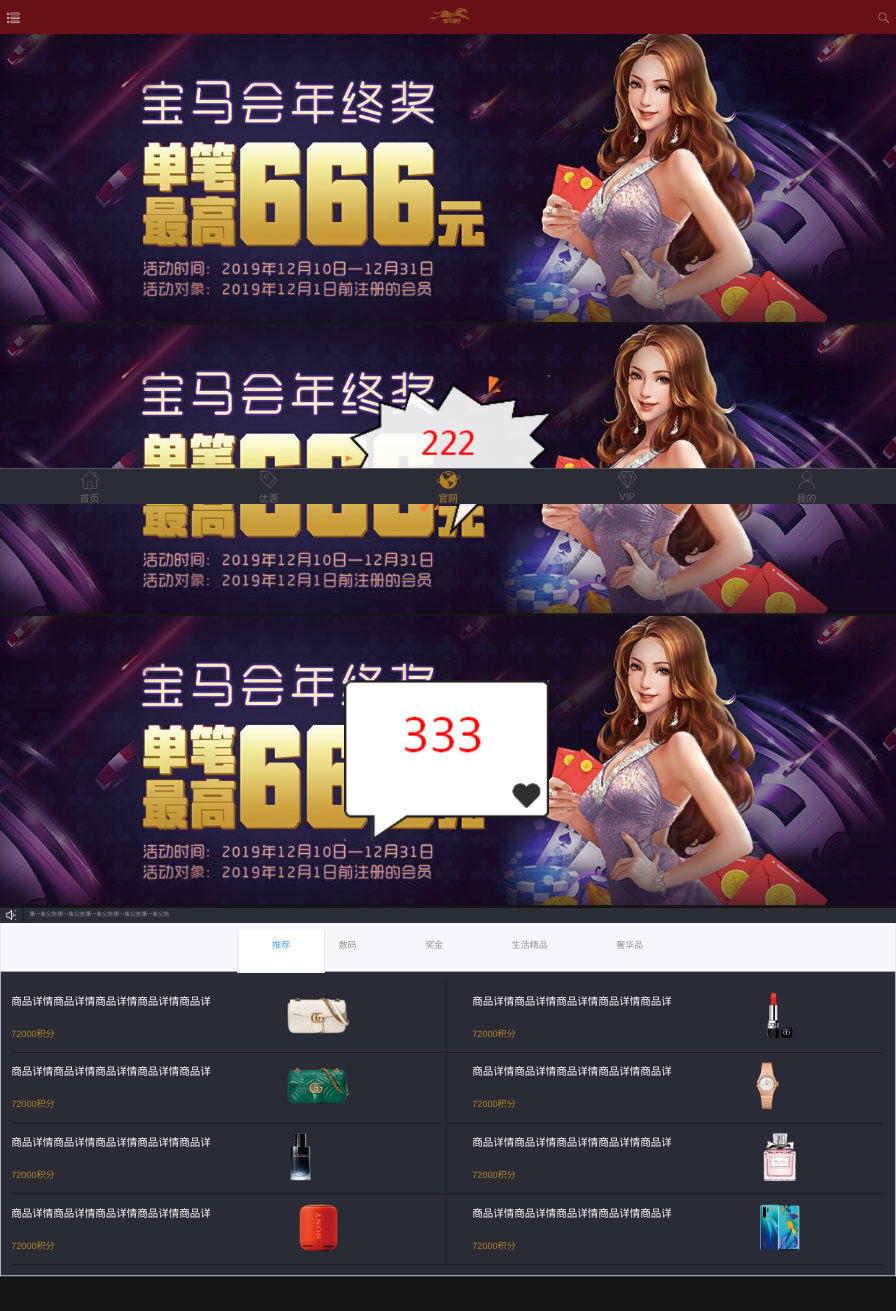
Repository: ada6688/IntegralMall
Page: /
An editor plug-in stored every save of this project. The page is shown before and after the next save, followed by the edit.
The browser window is 1280 px wide. The pictures show the whole page, at 70% of full size.
The project was rebuilt for these pictures with package versions that can differ from the ones it lists, and the page was loaded fresh each time. Also part of the build but not shown: src/components/page/MainNav.vue, src/components/page/Member.vue, src/components/common/Topnav-c.vue, src/components/page/Youhui.vue, src/router/index.js.

Above is the page before, as saved 2020-01-03 13:33:00.

After the next save:
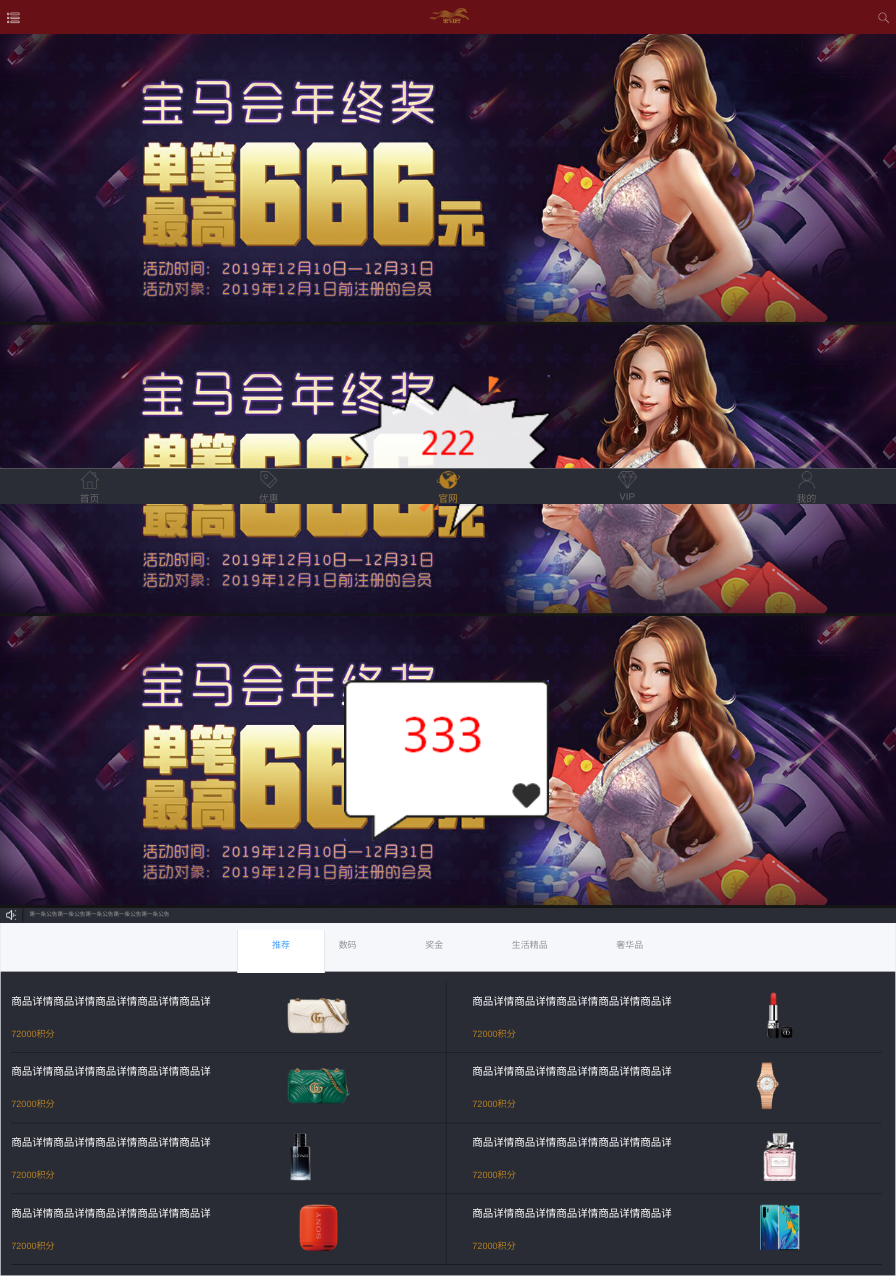
Saved 57 s later.
--- a/src/components/page/shouye.vue
+++ b/src/components/page/shouye.vue
@@ -161,7 +161,7 @@
 } */
 .el-tabs--border-card{
   border: 0;
-  margin-bottom: 50px;
+  /* margin-bottom: 50px; */
 }
 .el-tabs--border-card>.el-tabs__header .el-tabs__item{
   border: 0
